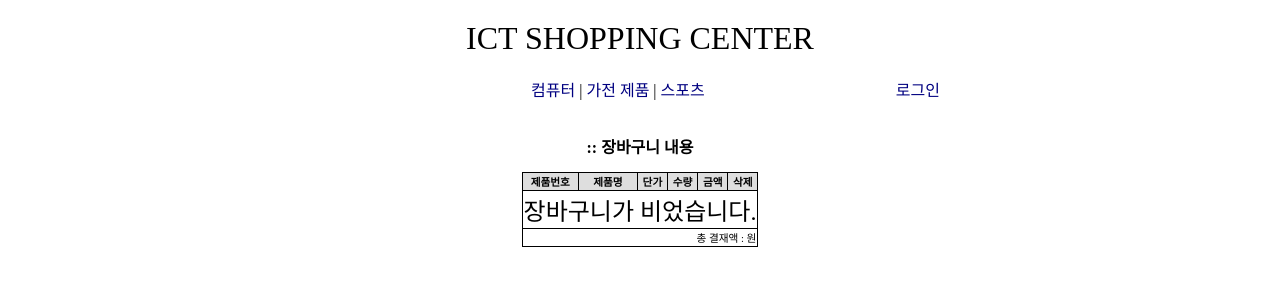
Repository: xlz5000/ICT
Page: http://localhost/spring_mvc02/WEB-INF/views/day08/cartList.jsp
These files come from the project's save history. The page is drawn as it stood at one moment and after the next save; the edit follows.
The browser window is 1280 px wide. The pictures show the whole page.
The page is served by Tomcat 9. Nobody is signed in. Other server files are loaded and not shown. The template is opened directly, without the code that normally fills it, so the values that code supplies are empty.

Above is the page before, as saved 2025-04-17 03:52:28.

### spring_mvc02/src/main/webapp/WEB-INF/views/day08/cartList.jsp
<%@ page language="java" contentType="text/html; charset=UTF-8"
	pageEncoding="UTF-8"%>
<%@ taglib prefix="c" uri="http://java.sun.com/jsp/jstl/core" %>
<%@ taglib prefix="fmt" uri="http://java.sun.com/jsp/jstl/fmt" %>
<!DOCTYPE html>
<html>
<head>
<meta charset="UTF-8">
<title>Insert title here</title>
<style type="text/css">
table {
	margin: 10px auto;
	width: 600;
	border-collapse: collapse;
	font-size: 8pt;
	border-color: navy;
}

table, th, td {
	border: 1px solid black;

}
</style>
</head>
<body>
	<%@ include file="top.jsp" %>
	<table>
		<caption>
			<h2>:: 장바구니 내용</h2>
		</caption>
		<thead>
		<tr bgcolor="#dedede">
			<th>제품번호</th>
			<th width="25%">제품명</th>
			<th>단가</th>
			<th>수량</th>
			<th>금액</th>
			<th>삭제</th>
		</tr>
		</thead>
		<tbody>
			<c:choose>
				<c:when test="${empty cart_list}">
					<tr><td colspan="6"><span style="font-size: 24px;">장바구니가 비었습니다.</span></td></tr>
				</c:when>
				<c:otherwise>

					<c:forEach var="k" items="${cart_list}">

						<tr>
							<td>${k.p_num }</td>
							<td>${k.p_name }</td>
							<td>정가 : <fmt:formatNumber value="${k.p_price}" pattern="#, ##0"/>원
							<br> <span style="color:red">(할인가: <fmt:formatNumber value="${k.p_saleprice}" pattern="#, ##0" />)원</span>

							</td>
							<td>
								<form action="/cart_edit" method="post">
									<input type="number" name="p_su" min="1" value="${k.p_su}">
									<input type="text" name="cart_idx" value="${k.cart_idx}">
									<input type="submit" value="수정">

								</form>


							</td>
							<td>
								정가<fmt:formatNumber value="${k.p_price * k.p_su}" pattern="#, ##0"/>원
								<br>(할인가:<fmt:formatNumber value="${k.p_saleprice * k.p_su}" pattern="#, ##0"/>)원


							</td>
							<td><button onclick="cart_delete(${k.cart_idx})">삭제</button></td>

						</tr>
						<%-- <c:set var="cartTotal" value="${cartTotal = cartTotal + (k.p_price * k.p_su) }"></c:set> --%>
						<c:set var="cartTotal" value="${cartTotal = cartTotal + (k.p_saleprice * k.p_su) }"></c:set>
					</c:forEach>


				</c:otherwise>
			</c:choose>
		</tbody>
		<tfoot>
		<tr>
			<td colspan="6" align="right">총 결재액 :

			<fmt:formatNumber value="${cartTotal}" pattern="#, ##0"/>원

			</td>

		</tr>
		</tfoot>
	</table>
	<script type="text/javascript">
		function cart_delete(){
			location.href="/cart_delete?cart_idx=" + cart_idx;
		}


	</script>

</body>
</html>

### spring_mvc02/src/main/webapp/WEB-INF/views/day08/top.jsp
<%@ page language="java" contentType="text/html; charset=UTF-8"
	pageEncoding="UTF-8"%>
<%@ taglib prefix="c" uri="http://java.sun.com/jsp/jstl/core" %>
<!DOCTYPE html>
<html>
<head>
<meta charset="UTF-8">
<title>Insert title here</title>
<style>
a:link {
	text-decoration: none;
	color: navy
}

a:visited {
	text-decoration: none;
	color: navy
}

a:hover {
	text-decoration: none;
	color: red
}

body {
	text-align: center
}

hr {
	width: 600px;
	border: 1px;
	color: navy;
}

div#header, div#nav {
	width: 600px;
	margin: 20px auto;
	text-align: center;
}

div#wrap {
	margin: 0 auto;
}


div#log{float: right}

.title{
	font-size: 32px;

}
</style>
</head>
<body>
	<div id="wrap">

		<div id="header">
			<span class="title"> ICT SHOPPING CENTER </span>
		</div>

		<div id="nav">
			<a href="/day08?category=com001">컴퓨터</a> |
			<a href="/day08?category=ele002">가전 제품</a> |
			<a href="/day08?category=sp003">스포츠</a>


		<div id="log">
			<c:choose>
				<c:when test="${loginchk == 'ok' }">
					${membersVO.m_name }님 환영합니다. |
				<c:if test="${admin =='ok' }">
					<a href="#">상품등록하기</a> |

				</c:if>
				<c:if test="${admin !='ok' }">
					<a href="/shop_show_cart">장바구니</a> |

				</c:if>


				<a href="/members_logout">로그아웃</a>
				</c:when>
				<c:otherwise>
					<a href="/members_loginForm">로그인</a>


				</c:otherwise>



			</c:choose>


			</div>
		</div>
	</div>
</body>
</html>

After the next save:
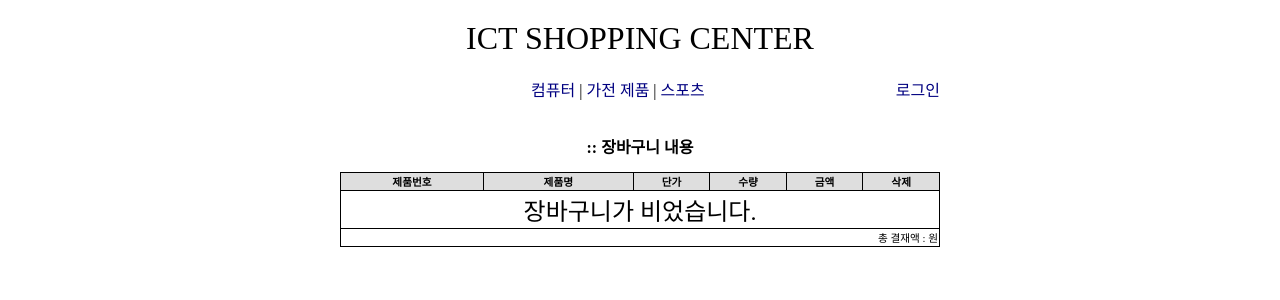
Saved 11 s later.
--- a/spring_mvc02/src/main/webapp/WEB-INF/views/day08/cartList.jsp
+++ b/spring_mvc02/src/main/webapp/WEB-INF/views/day08/cartList.jsp
@@ -10,7 +10,7 @@
 <style type="text/css">
 table {
 	margin: 10px auto;
-	width: 600;
+	width: 600px;
 	border-collapse: collapse;
 	font-size: 8pt;
 	border-color: navy;
